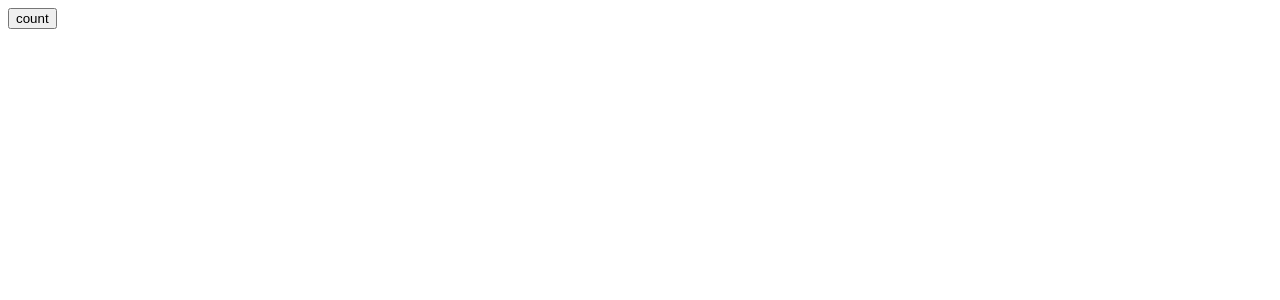
Repository: Pictor13/webcomponents-htmx
Page: public/index.html
These files come from the project's save history. The page is drawn as it stood at one moment and after the next save; the edit follows.
The browser window is 1280 px wide. The pictures show the whole page.

Above is the page before, as saved 2023-11-19 07:47:15.
Console error (its wording comes from the project's code and is left out).

### public/index.html
<!DOCTYPE html>
<html>
    <head>
    </head>
    <body>
        <script async src="components/my-component.js"></script>
        <button is="rom-counter">count</button>
    </body>
</html>

### public/components/my-component.js
class CounterElement extends HTMLElement {
  // count;

  constructor() {
    super();
    console.log('CONSTRUCTOR');

    this.count = 0;
    this.tpl = (s, count) => `count is ${count}`
    this.innerHTML = this.tpl`${this.count}`;
  }

  connectedCallback() {
    this.button = document.createElement('button');
    this.button.innerText = this.tpl`${this.count}`
    this.append(this.button);
    this.addEventListener("click", this.increment);
  }

  disconnectedCallback() {
    this.removeEventListener("click", this.increment);
  }

  increment() {
    this.count++;
    this.innerHTML = this.tpl`${this.count}`;
  }
}
console.log('REGISTER rom-counter');

customElements.define("rom-counter", CounterElement, { extends: "button" });

After the next save:
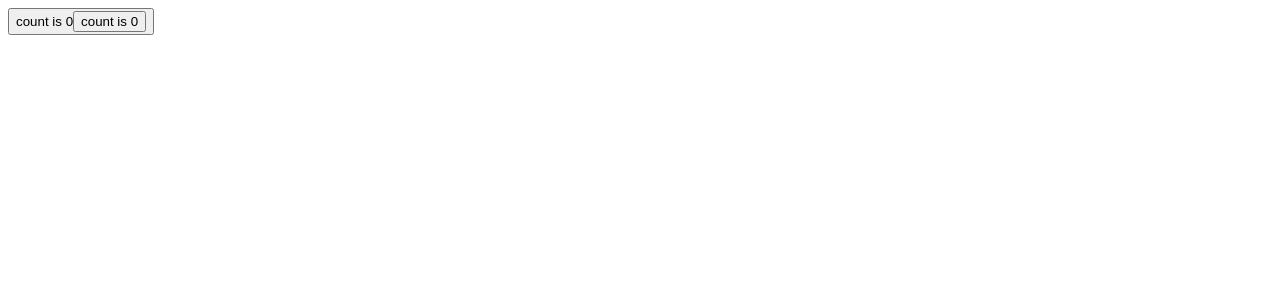
The error is gone.
Saved 112 s later.
--- a/public/components/my-component.js
+++ b/public/components/my-component.js
@@ -1,4 +1,4 @@
-class CounterElement extends HTMLElement {
+class CounterElement extends HTMLButtonElement {
   // count;
 
   constructor() {
